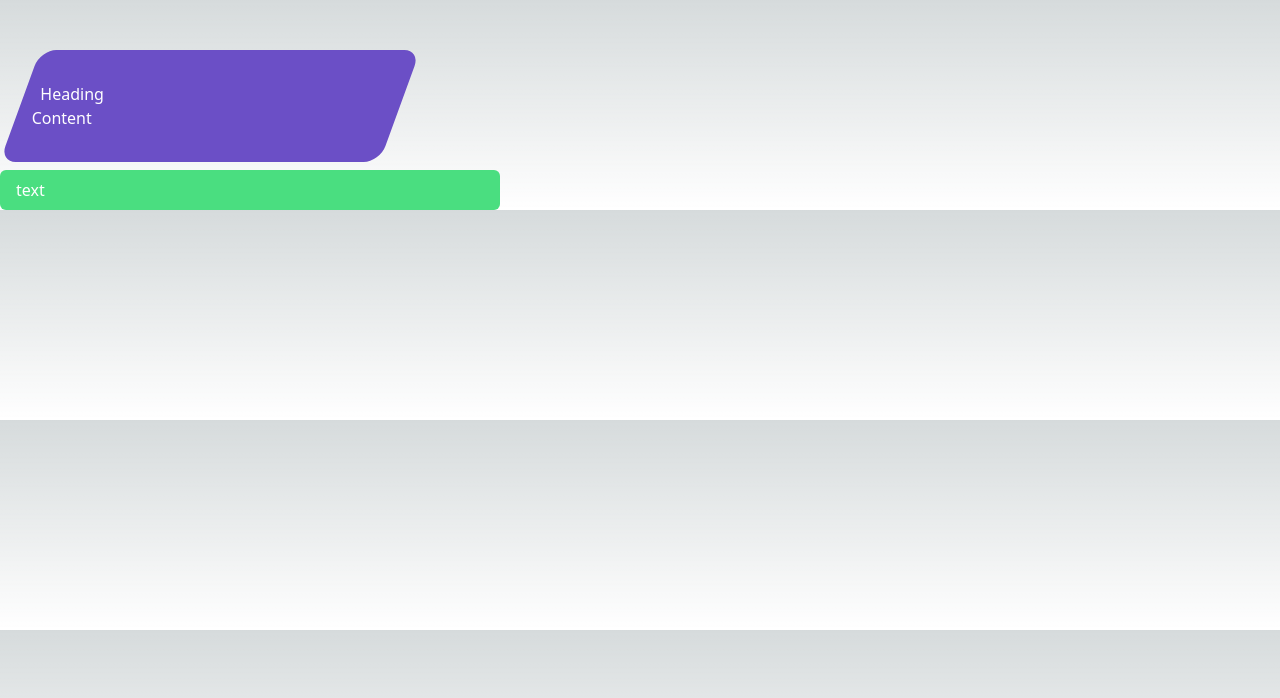
Repository: PreciousOritsedere/jasere-test
Page: /
The author's editor kept a copy of each file at every save. The page is drawn from the files as they stood at one save, then again after the next save.
The browser window is 1280 px wide. The pictures show the whole page.
The project was rebuilt for these pictures with package versions that can differ from the ones it lists, and the page was loaded fresh each time. The framework's server and built-in components were replaced by stand-ins that run in the browser. Also part of the build but not shown: next.config.mjs.

Above is the page before, as saved 2024-03-26 14:38:14.

### src/pages/index.js
import Image from "next/image";

export default function Home() {
  return (
    <main className="max-w-[500px] w-full mt-[50px] flex flex-col gap-2">
      <div className="parallelogram">
        <h3>Heading</h3>
        <p>Content</p>
      </div>

      <div className="bg-green-400 text-white px-4 py-2 rounded-md">text</div>
    </main>
  );
}

### src/styles/globals.css
@tailwind base;
@tailwind components;
@tailwind utilities;

:root {
  --foreground-rgb: 0, 0, 0;
  --background-start-rgb: 214, 219, 220;
  --background-end-rgb: 255, 255, 255;
}

@media (prefers-color-scheme: dark) {
  :root {
    --foreground-rgb: 255, 255, 255;
    --background-start-rgb: 0, 0, 0;
    --background-end-rgb: 0, 0, 0;
  }
}

body {
  color: rgb(var(--foreground-rgb));
  background: linear-gradient(
      to bottom,
      transparent,
      rgb(var(--background-end-rgb))
    )
    rgb(var(--background-start-rgb));
}

@layer utilities {
  .text-balance {
    text-wrap: balance;
  }
}

.parallelogram {
  background: #6b4fc6; /* Or use bg-purple-400 if you're using a utility-first CSS framework */
  color: white;
  padding: 16px; /* px-4 */
  padding-top: 32px; /* py-2, adjusted for the skew */
  padding-bottom: 32px; /* py-2, adjusted for the skew */
  transform: skew(-20deg);
  margin-left: 20px;
  margin-right: 100px; /* Adjusted for the skew to prevent text overflow */
  position: relative;
  overflow: hidden; /* Prevents the child elements from overflowing */
  border-radius: 16px;
}

.parallelogram h3,
.parallelogram p {
  transform: skew(20deg);
}

Loaded but not shown: src/pages/_app.js (common file); src/pages/_document.js (common file); tailwind.config.js (common file)

After the next save:
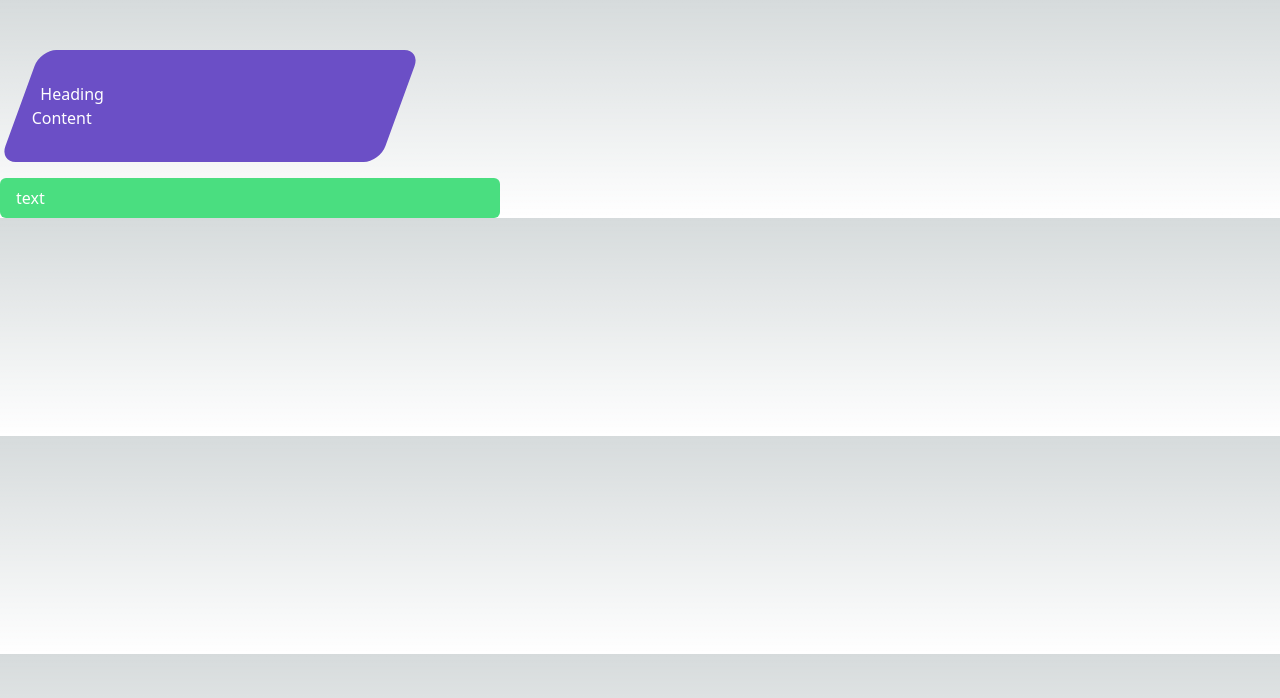
Saved 7 s later.
--- a/src/pages/index.js
+++ b/src/pages/index.js
@@ -2,7 +2,7 @@ import Image from "next/image";
 
 export default function Home() {
   return (
-    <main className="max-w-[500px] w-full mt-[50px] flex flex-col gap-2">
+    <main className="max-w-[500px] w-full mt-[50px] flex flex-col gap-4">
       <div className="parallelogram">
         <h3>Heading</h3>
         <p>Content</p>
